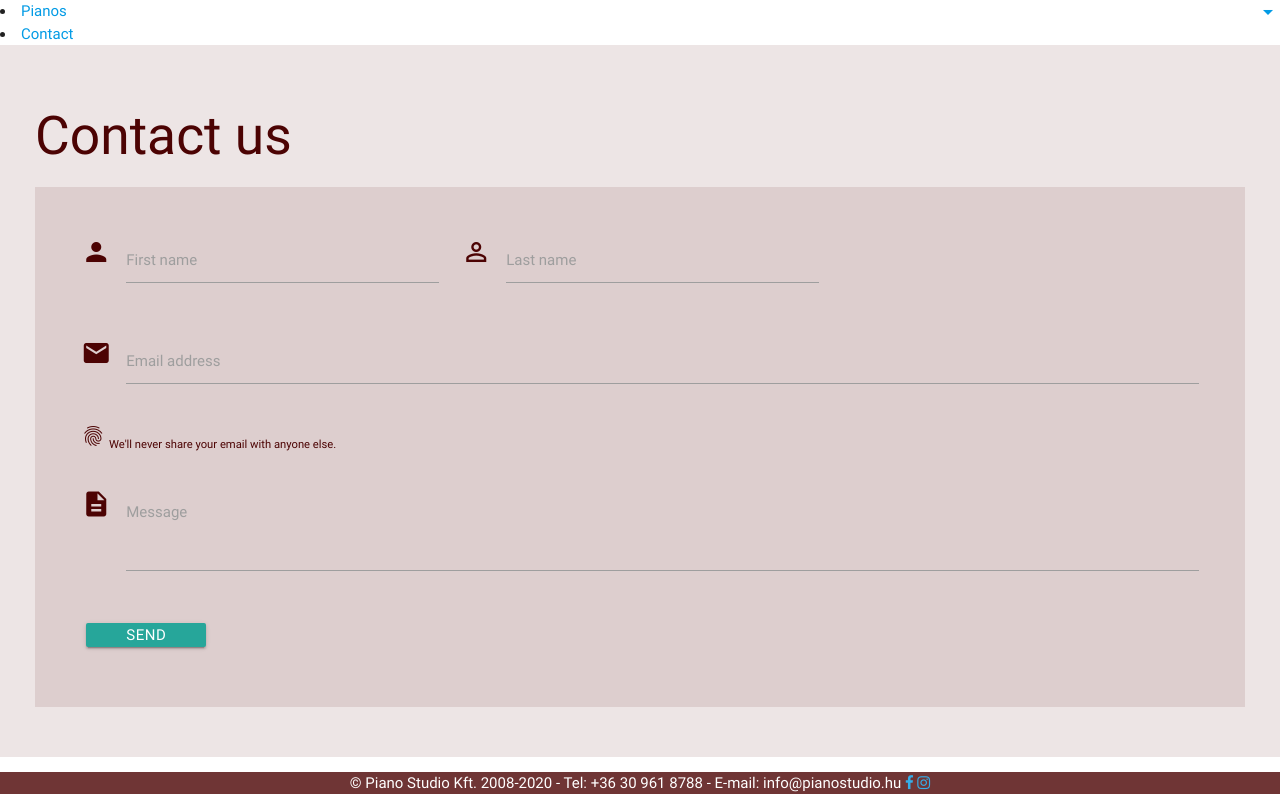
Repository: badiattila/pianostudioheroku
Page: http://localhost/contact
The author's editor kept a record of every edit. The page is drawn from the files as they stood at one moment, then again after the next edit.
The browser window is 1280 px wide. The pictures show the whole page.
Some web libraries are served in a nearby version. The page is served by the project's application, run on Flask 3 (app.py).

Above is the page before.

### templates/contact.html
{% extends 'base.html' %} {% block head %}
<!-- emailjs.com scripts
<script type="text/javascript" src="https://cdn.jsdelivr.net/npm/emailjs-com@2.4.1/dist/email.min.js"></script>
<script type="text/javascript">
  (function() {
    emailjs.init('user_etFwEOqQcbe4PMbXxH07G');
  })();
</script>
<script type="text/javascript">
  window.onload = function() {
    document.getElementById('contact-form').addEventListener('submit', function(event) {
      event.preventDefault();
      // generate the contact number value
      this.contact_number.value = Math.random() * 100000 | 0;
      emailjs.sendForm('gmail', 'trio', this);
    });
  }
</script>
{% endblock %} {% block content %}

<!-- Contact Form  TODO -->
<div class="op" id="contact">
  <h2>Contact us </h2>

  <form id="contact-form" class="op">
    <input type="hidden" name="contact_number">

    <div class="row">
      <div class="input-field col s4">
        <i class="material-icons prefix">person</i>
        <input id="user_fname" name="user_fname" type="text" class="validate" required>
        <label for="InputFirstName">First name</label>
      </div>
      <div class="input-field col s4">
        <i class="material-icons prefix">person_outline</i>
        <input id="user_sname" name="user_sname" type="text" class="validate" required>
        <label for="InputLastName">Last name</label>
      </div>
    </div>

    <div class="row">
      <div class="input-field col s12">
        <i class="material-icons prefix">email</i>
        <label for="InputEmail1">Email address</label>
        <input type="email" class="validate" id="user_email" aria-describedby="emailHelp" name="user_email" required>
      </div>
    </div>

    <div class="row">
      <div class="col s12">
        <i class="material-icons prefix">fingerprint</i>
        <small id="emailHelp" class="form-text text-muted">We'll never share your email with anyone else.</small>
      </div>
    </div>


    <div class="row">
      <div class="input-field col s12">
        <i class="material-icons prefix">description</i>
        <label for="InputMessage">Message</label>
        <textarea class="materialize-textarea" id="message" name="message"></textarea>
      </div>
    </div>
    <div class="row">
      <div class="col s12">
        <input type="submit" value="Send" class="btn btn_mid ">
      </div>
    </div>
  </form>

</div>

{% endblock %}

### templates/base.html
<!DOCTYPE html>

<html lang="en">

<head>

    <!-- Meta tags -->
    <meta charset="utf-8">
    <!-- Font awsome -->
    <link rel="stylesheet" href="https://maxcdn.bootstrapcdn.com/font-awesome/4.7.0/css/font-awesome.min.css" type="text/css" />
    <!-- Hover -->
    <link rel="stylesheet" href="https://cdnjs.cloudflare.com/ajax/libs/hover.css/2.1.1/css/hover-min.css" type="text/css" />
    <!-- Material icons by Google -->
    <link href="https://fonts.googleapis.com/icon?family=Material+Icons" rel="stylesheet">
    <!-- Compiled and minified materialize CSS -->
    <link rel="stylesheet" href="https://cdnjs.cloudflare.com/ajax/libs/materialize/0.100.2/css/materialize.min.css">
    <!-- Specific Css for this website -->
    <link rel="stylesheet" href="{{url_for('static', filename='css/style.css')}}" type="text/css" />

    <title>Piano Studio Kft. - Services - </title>
    <link href="{{url_for('static', filename='pictures/favicon.ico')}}" rel="shortcut icon" type="image/x-icon" />
    <meta name="description" content="Piano rental, tuning and repair - Piano Studio Kft." />
    <meta name="keywords" content="Piano rental,piano tuning,piano repair,piano studio" />
    <meta name="copyright" content="Piano Studio Kft." />
    <meta name="author" content="Attila Badi/Piano Studio Kft." />
    <meta name="email" content="info@pianostudio.hu" /> {% block head %} {% endblock %}


</head>

<body>
    <div class="container">
        <header>
            <ul id="dropdown2" class="dropdown-content">
                <li><a href="{{url_for('pianos_for_sale')}}">Sale</a></li>
                <li><a href="{{url_for('createadd')}}">Create Add</a></li>
            </ul>
            <nav>
                <div class="nav-wrapper redbg">
                    <a href="{{url_for('index')}}" class="brand-logo">Piano Studio Kft.</a>
                    <a href="#" data-activates="mobile-demo" class="button-collapse"><i class="material-icons">menu</i></a>
                    <ul id="nav-mobile" class="right hide-on-med-and-down">
                        <li><a href="{{url_for('index')}}">Home</a></li>
                        <li><a href="{{url_for('services')}}">Services</a></li>
                        <!-- Dropdown Trigger -->
                        <li><a class="dropdown-trigger" href="#!" data-target="dropdown2">Pianos<i class="material-icons right">arrow_drop_down</i></a></li>

                        <li><a href="{{url_for('contact')}}">Contact</a></li>
                    </ul>
                    <ul class="side-nav" id="mobile-demo">
                        <li><a href="{{url_for('index')}}">Home</a></li>
                        <li><a href="{{url_for('services')}}">Services</a></li>
                        <li><a href="{{url_for('pianos_for_sale')}}">Sale</a></li>
                        <li><a href="{{url_for('createadd')}}">Create Add</a></li>
                        <li><a href="{{url_for('contact')}}">Contact</a></li>
                    </ul>
                </div>
            </nav>

        </header>
        {% block content %} {% endblock %}

        <footer class="footer redbg">
            <p>&copy; Piano Studio Kft. 2008-2020 - Tel: +36 30 961 8788 - E-mail: info@pianostudio.hu
                <a target="_blank" href="https://www.facebook.com/zongoraterem"><i class="fa fa-facebook" aria-hidden="true"></i></a>
                <a target="_blank" href="https://www.instagram.com/pianostudiokft"><i class="fa fa-instagram" aria-hidden="true"></i></a>
            </p>
        </footer>
    </div>

    <script src="https://code.jquery.com/jquery-3.4.1.min.js" integrity="sha256-CSXorXvZcTkaix6Yvo6HppcZGetbYMGWSFlBw8HfCJo=" crossorigin="anonymous"></script>
    <script src="https://cdnjs.cloudflare.com/ajax/libs/materialize/0.100.2/js/materialize.min.js"></script>

    <script>
        $(document).ready(function() {
            $('.modal').modal();
            $('.dropdown-trigger').dropdown();
            $('.collapsible').collapsible();
            $('select').material_select();
            $('.button-collapse').sideNav();
        });
    </script>

</body>

</html>

### app.py
import os
from flask import Flask, render_template, redirect, request, url_for
from flask_pymongo import PyMongo
from bson.objectid import ObjectId
from flask_mail import Mail, Message

app = Flask(__name__)

app.config["MONGO_DBNAME"] = 'piano_studio'
app.config["MONGO_URI"] = 'mongodb://attilabadi:K00nK00n1234@mycodeinstitutecluster-shard-00-00-wpsfr.mongodb.net:27017,mycodeinstitutecluster-shard-00-01-wpsfr.mongodb.net:27017,mycodeinstitutecluster-shard-00-02-wpsfr.mongodb.net:27017/piano_studio?ssl=true&replicaSet=MyCodeInstituteCluster-shard-0&authSource=admin&retryWrites=true&w=majority'
mongo = PyMongo(app)

app.config.update(
	DEBUG=True,
	#EMAIL SETTINGS
	MAIL_SERVER='mail.pianostudio.hu',
	MAIL_PORT=465,
	MAIL_USE_SSL=True,
	MAIL_USERNAME = 'contact@pianostudio.hu',
	MAIL_PASSWORD = os.environ.get('SMTPPW')
	)
mail = Mail(app)

@app.route('/')
@app.route('/index')
def index():
        return render_template("index.html")

@app.route('/contact')
def contact():
        return render_template("contact.html")

@app.route('/services')
def services():
        return render_template("services.html")

@app.route('/pianos_for_sale')
def pianos_for_sale():
        return render_template("pianos_for_sale.html", pianos=mongo.db.pianos_4_sale.find(), images=mongo.db.pianos_4_sale.find())

@app.route('/createadd')
def createadd():
        return render_template("create_add.html")

@app.route('/insert_add', methods=['POST'])
def insert_add():
        file_id = mongo.save_file(request.files['picture'].filename, request.files['picture'])
        mongo.db.pianos_4_sale.insert({
            'brand': request.form.get('brand') ,
            'description' : request.form.get('description') ,
            'age' : request.form.get('age') ,
            'price' : request.form.get('price') ,
            'file_name' : request.files['picture'].filename})
        return redirect(url_for('pianos_for_sale'))

@app.route('/file/<file_name>')
def file(file_name):
    return mongo.send_file(file_name)

@app.route('/delete_piano/<piano_id>')
def delete_piano(piano_id):
    mongo.db.pianos_4_sale.remove({'_id': ObjectId(piano_id)})
    return redirect(url_for('pianos_for_sale'))

@app.route('/edit_piano/<piano_id>')
def edit_piano(piano_id):
    return render_template('edit_piano.html', piano=mongo.db.pianos_4_sale.find_one({"_id": ObjectId(piano_id)}))


@app.route('/update_piano/<piano_id>', methods=['POST'])
def update_piano(piano_id):
    file_id = mongo.save_file(request.files['picture'].filename, request.files['picture'])
    mongo.db.pianos_4_sale.update( {'_id': ObjectId(piano_id)},
    {
            'brand': request.form.get('brand') ,
            'description' : request.form.get('description') ,
            'age' : request.form.get('age') ,
            'price' : request.form.get('price') ,
            'file_name' : request.files['picture'].filename
    })
    return redirect(url_for('pianos_for_sale'))

@app.route('/send_mail/', methods=['POST'])
def send_mail():
	try:
		msg = Message("Contact form mail from pianostudio",
		  sender=request.form.get('user_email'),
		  recipients=["attila.badi@gmail.com"])
		msg.body = request.form.get('message')
		mail.send(msg)
		return 'Mail sent!'
	except:
		return "Something went wrong"

if __name__ == '__main__':
    app.run(host=os.environ.get('IP'),
        port=int(os.environ.get('PORT')),
        debug=True)

### static/css/style.css
.left {
  float: left;
}

.right {
  float: right;
}

/* Picture formatting for gallery and teaser pictures */

.right-teaser {
  padding: 1px;
  border: 1px solid #4c0303;
  float: right;
  margin: 0 0 1em 1em;
  width: 12vw;
}

.galery-pic {
  padding: 1px;
  border: 1px solid #4c0303;
  margin: 0 0 1em 1em;
  width: 12vw;
}

.btn_small {
  height: 24px;
  width: 60px;
  line-height: 24px;
  margin: 5px 5px;
  padding: 0 0.5em;
}

.btn_mid {
  height: 24px;
  width: 120px;
  line-height: 24px;
  margin: 5px 5px;
  padding: 0 0.5em;
}

.footer {
  color: white;
  opacity: 0.8;
  filter: alpha(opacity=80);
  text-align: center;
}

.redbg {
  background-color: #4c0303;
}

.nav-wrapper {
  padding-left: 10px;
}

/* Opacity classes for different elements */

.op {
  background: rgba(76, 3, 3, 0.1);
  /*background with 30% opacity */
  color: rgba(76, 3, 3);
  padding: 35px;
  margin-bottom: 15px;
}

.dropdown-content {
  width: max-content !important;
  height: auto !important;
}

/* ID based background behaviour */
#intro {
    background-attachment: scroll;
    background-image: url('../pictures/4k-wallpaper-close-up-fingers-1246437.jpg');
    background-position: center;
    background-size: cover;
    width: 100vw;
    background-repeat: no-repeat;
    position: relative;
}

After the next edit:
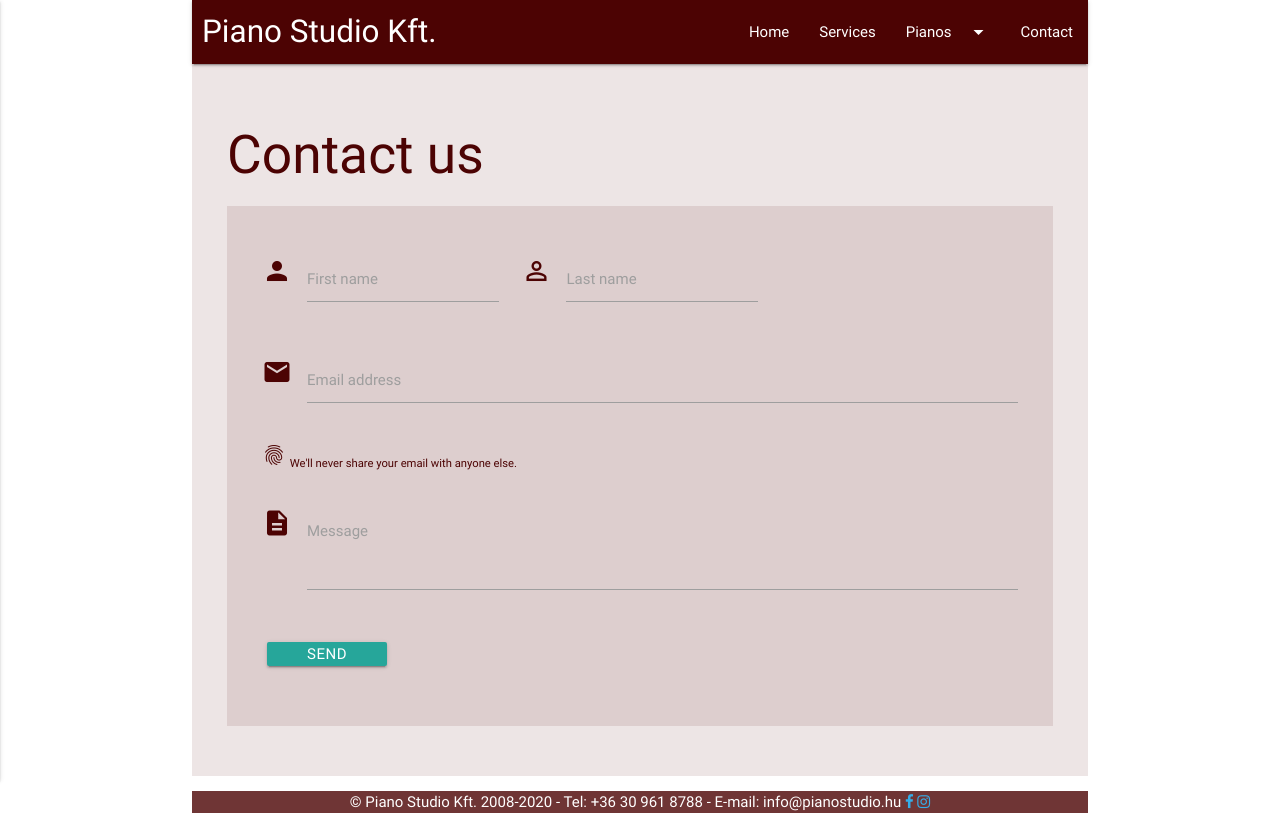
The edit:
--- a/templates/contact.html
+++ b/templates/contact.html
@@ -15,7 +15,7 @@
       emailjs.sendForm('gmail', 'trio', this);
     });
   }
-</script>
+</script>-->
 {% endblock %} {% block content %}
 
 <!-- Contact Form  TODO -->
